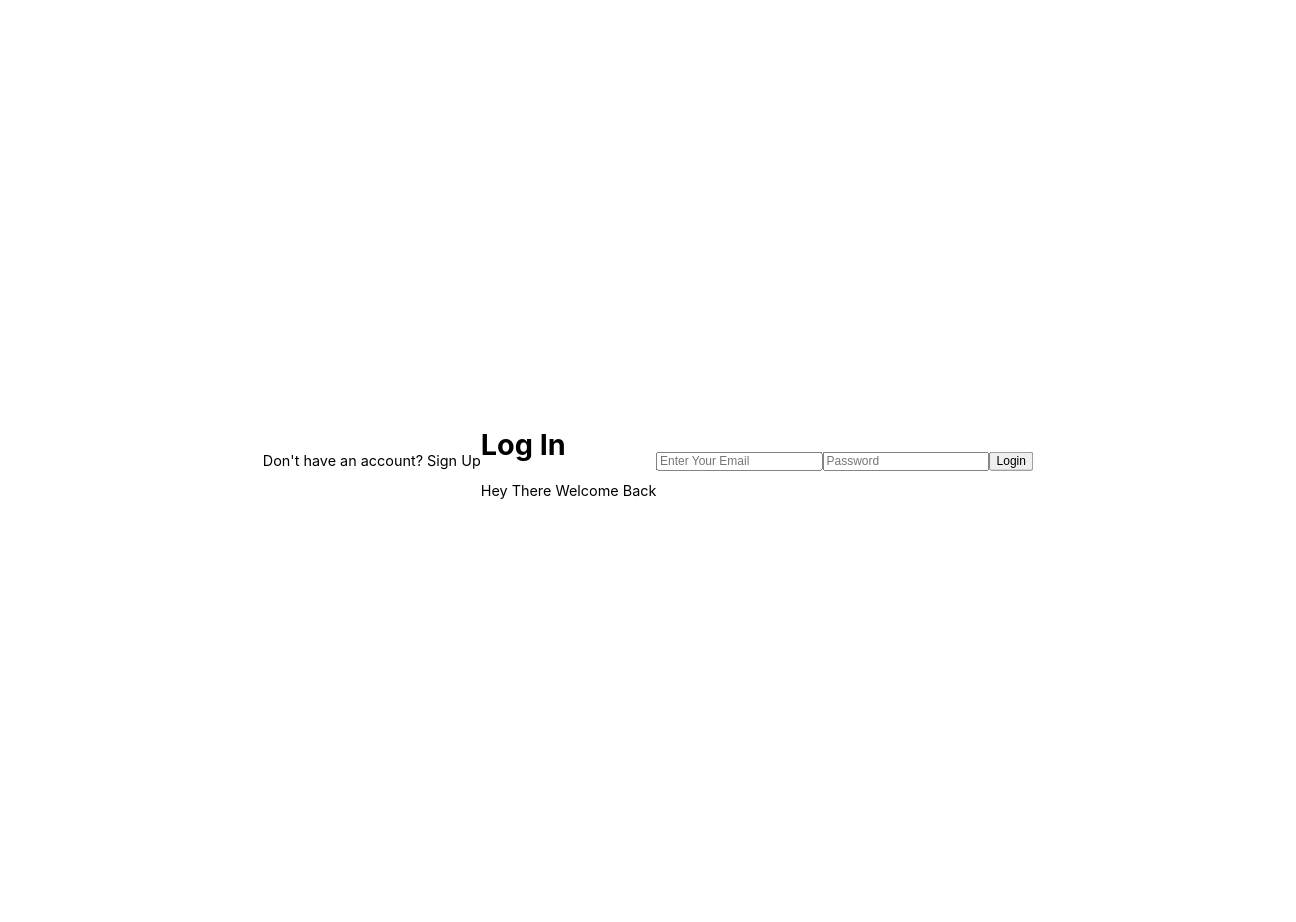
Repository: AfifaNoor/Admin_Panel-React-
Page: /
An editor plug-in stored every save of this project. The page is shown before and after the next save, followed by the edit.
The browser window is 1280 px wide. The page is 1440 px wide, so the pictures cover 1440 px, including what lies to the right of the window. The pictures show the whole page, at 90% of full size.
The project was rebuilt for these pictures with package versions that can differ from the ones it lists, and the page was loaded fresh each time. Also part of the build but not shown: src/SignUp.jsx.

Above is the page before, as saved 2025-07-10 12:50:08.

### src/App.js
import React from 'react'
import LoginPage from './LoginPage'
import { RouterProvider } from 'react-router-dom'
import Router from './Router'

const App = () => {
  return (
    <>
      {/* <RouterProvider router={Router}/> */}
      <LoginPage/>
    </>


  )
}

export default App

### src/LoginPage.jsx
import React, { useState } from 'react'
import {Navigate, useNavigate} from 'react-router-dom';
import "./LoginPage.css"
import { ToastContainer, toast } from 'react-toastify';

const LoginPage = () => {
    const[email , setEmail]=useState('')
    const [password , setPassword] = useState('')
    // const navigate= useNavigate();

const handleSubmit =(e)=>{
    e.preventDefault();

 const hardcoreMail="login@gmail.com";
 const hardcorePassword = '1234567'

    if (email=== hardcoreMail && password === hardcorePassword){
        alert("Login Successfull")
        // navigate("/sign-up")
    }else{
        alert("Invalid Credential")
    }

}



  return (
    <div className='login-container'>

    <div className='signup-redirect'>
         <p>
            Don't  have an account? <span className="signup-link">Sign Up</span>
         </p>
    </div>
    <div className='header'>
    <h1 className='title'>Log In </h1>
    <p>Hey There Welcome Back </p>

    </div>


    <form className='login-form' onSubmit={handleSubmit}>
    <input type='email'
     className='form-input'
     value={email}
     placeholder='Enter Your Email'
     onChange={(e)=> setEmail(e.target.value)}
     required

     />

    <input type='password'
    className='form-input'
    placeholder='Password'
    value={password}
    onChange={(e)=> setPassword(e.target.value)}
    required

    />
    <button className='login-btn'
    type='submit'>
        Login
    </button>
    <ToastContainer/>
    </form>


    </div>
  )
}

export default LoginPage

### src/Router.jsx
import React from 'react';
import { createBrowserRouter , createRoutesFromElements , Route } from 'react-router-dom';
import LoginPage from './LoginPage';
import SignUp from './SignUp';

const Router = createBrowserRouter(
  createRoutesFromElements(
    <>

      <Route path='/sign-up' element={<SignUp/>}/>
      <Route path='login-page' element={<LoginPage/>}/>
    </>
  )
)

export default Router;

### src/LoginPage.css
.login-container {
  width: 1440px;
  height: 1024px;
  background: #FFFFFF;
  opacity: 1;
  transform: rotate(0deg);
  display: flex;
  justify-content: center;
  align-items: center;
  background: linear-gradient(to top );
}

.login-form{
  direction: horizontal;
}

Loaded but not shown: public/index.html (common file); src/index.js (common file); src/index.css (common file); src/reportWebVitals.js (common file)

After the next save:
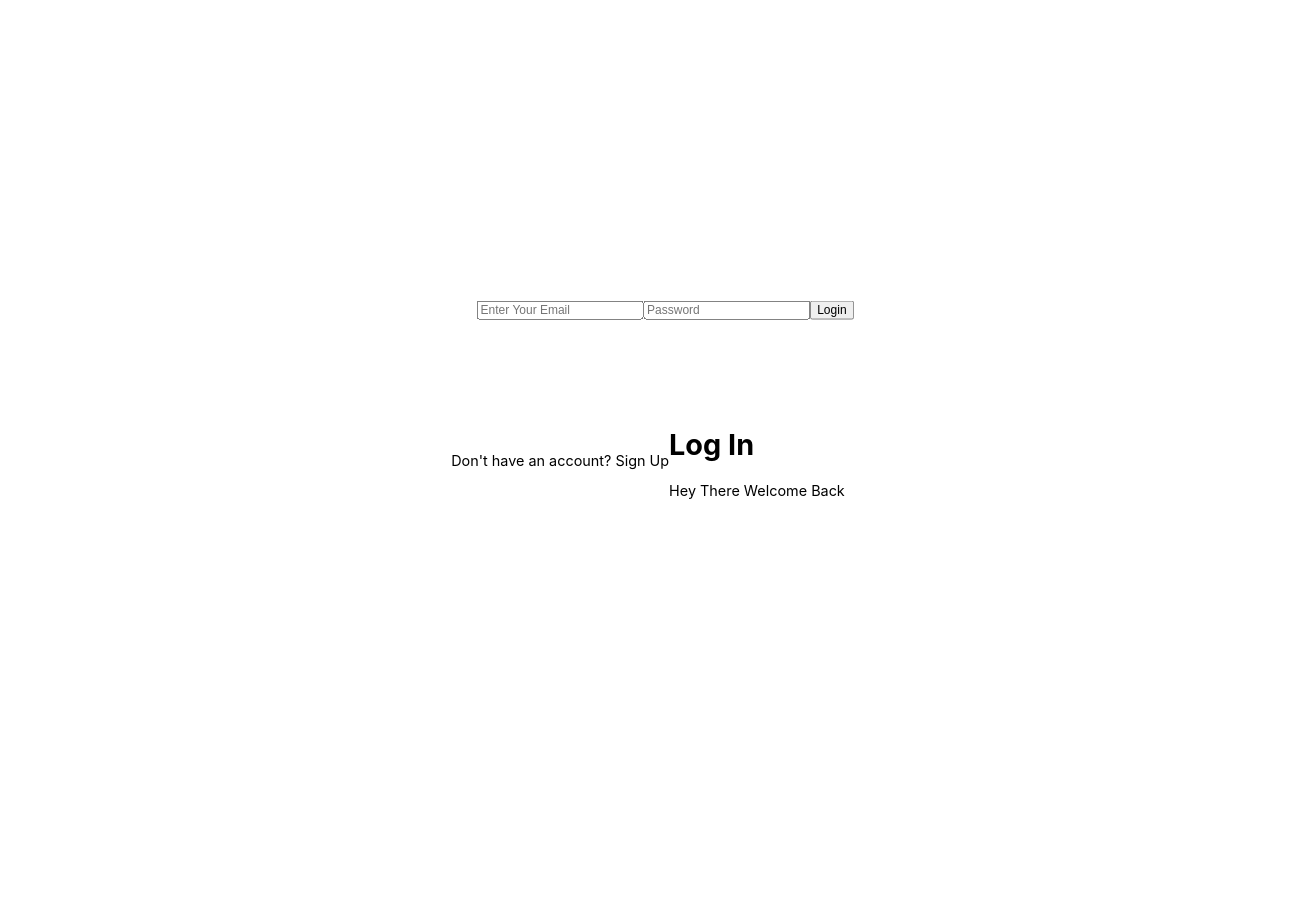
Saved 3 min 40 s later.
--- a/src/LoginPage.css
+++ b/src/LoginPage.css
@@ -11,5 +11,13 @@
 }
 
 .login-form{
-  direction: horizontal;
+  width: 476px;
+  height: 456px;
+  position: absolute;
+  top: 284.5px;
+  left: 482px;
+  border-radius: 8px;
+  padding: 48px;
+  gap: 10px;
+  opacity: 1;
 }
